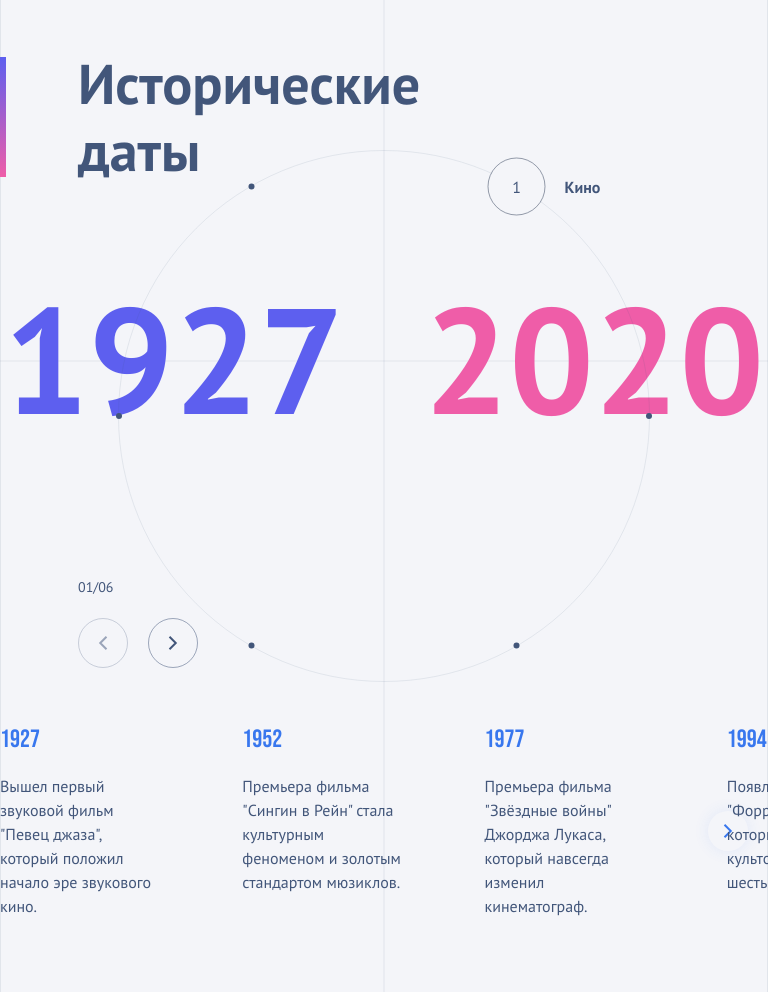
Repository: LenarTulupov/only
Page: /
An editor plug-in stored every save of this project. The page is shown before and after a run of saves, followed by the edit.
The browser window is 768 px wide. The pictures show the whole page.
The project was rebuilt for these pictures with package versions that can differ from the ones it lists, and the page was loaded fresh each time.

Above is the page before, as saved 2024-12-18 15:20:18.

### public/index.html
<!DOCTYPE html>
<html lang="en">
  <head>
    <meta charset="utf-8" />
    <link rel="icon" href="%PUBLIC_URL%/favicon.ico" />
    <meta name="viewport" content="width=device-width, initial-scale=1" />
    <meta name="theme-color" content="#000000" />
    <meta
      name="description"
      content="Web site created using create-react-app"
    />
    <link rel="apple-touch-icon" href="%PUBLIC_URL%/logo192.png" />
    <link rel="manifest" href="%PUBLIC_URL%/manifest.json" />
    <title>Only Test</title>
  </head>
  <body>
    <noscript>You need to enable JavaScript to run this app.</noscript>
    <div id="root"></div>
  </body>
</html>

### src/index.tsx
import React from 'react';
import ReactDOM from 'react-dom/client';
import Router from './router/router';
import './globals.scss'

const root = ReactDOM.createRoot(
  document.getElementById('root') as HTMLElement
);
root.render(
  <React.StrictMode>
    <Router />
  </React.StrictMode>
);

### src/router/router.tsx
import { BrowserRouter, Route, Routes } from "react-router-dom";
import HomePage from "../pages/home/page";
import PagesLayout from "../layouts/pages-layout";

export default function Router() {
  return (
    <BrowserRouter>
      <Routes>
        <Route element={<PagesLayout />}>
          <Route path="/" element={<HomePage />} />
        </Route>
      </Routes>
    </BrowserRouter>
  )
};

### src/globals.scss
@import url('https://fonts.googleapis.com/css2?family=Bebas+Neue&family=PT+Sans:wght@400;700&display=swap');

:root {
  --background-color: #F4F5F9;
  --main-color: #42567a;
  --main-color-rgba: rgba(66, 86, 122, 0.5);
  --accent-color: #5D5FEF;
  --light-accent-color: #3877EE;
  --accent-second: #EF5DA8;
  --font-main: "PT Sans", serif;
  --font-second: "Bebas Neue", serif;
  --line-height: 150%;
  --font-size-main: 56px;
  --font-size-small: 14px;
  --font-size-big: 200px;
}
body {
  margin: 0;
  padding: 0;
  background-color: var(--background-color);
  color: var(--black-color);
  font-family: var(--font-main);
  line-height: var(--line-height);
}
ul {
  padding: 0;
  margin: 0;
}

li {
  list-style-type: none;
}

a {
  color: var(--black-color);
  text-decoration: none;
}

h1 {
  margin: 0;
}

### src/pages/home/page.tsx
import Container from "../../components/ui/container/container";
import Divider from "../../components/ui/divider/divider";
import HistorySection from "./history/history";
import styles from './page.module.scss';

export default function HomePage() {
  return (
    <div className={styles['home-page']}>
      <Container>
        <div className={styles['home-page__wrapper']}>
          <Divider
            position="vertical"
            className={styles.divider_vertical}
          />
          <HistorySection />
        </div>
      </Container>
    </div>
  )
};

### src/layouts/pages-layout.tsx
import { Outlet } from 'react-router-dom';
import styles from './pages-layout.module.scss';

export default function PagesLayout() {
  return (
    <div className={styles['pages-layout']}>
      <Outlet />
    </div>
  )
};

### src/components/ui/container/container.tsx
import { ReactNode } from "react"
import styles from './container.module.scss';

interface IContainer {
  children: ReactNode;
}

export default function Container({ children }: IContainer) {
  return (
    <div className={styles.container}>
      {children}
    </div>
  )
};

### src/components/ui/divider/divider.tsx
import styles from './divider.module.scss';

interface IDivider {
  position?: 'horizontal' | 'vertical';
  className?: string;
}

export default function Divider({
  position = 'horizontal', className }: IDivider) {
  return <div className={`
    ${styles.divider}
    ${styles[`divider_${position}`]}
    ${className || ''}
  `}/>
};

### src/pages/home/history/history.tsx
import { useState } from 'react';
import Divider from '../../../components/ui/divider/divider';
import Title from '../../../components/ui/title/title';
import Circle from './circle/circle';
import Dates from './dates/dates';
import HistorySlider from './history-slider/history-slider';
import styles from './history.module.scss';
import StepNavigation from './step-navigation/step-navigation';
import { circleItems } from '../../../constants/circle-items';

export default function HistorySection() {
  const [activeButton, setActiveButton] = useState<number>(1);
  const activeCategory = circleItems.find((item) => item.id === activeButton);
  const firstDate = activeCategory?.events[0]?.year;
  const lastDate = activeCategory?.events.at(-1)?.year;

  return (
    <section className={styles.history}>
      <div className={styles.history__content}>
        <div className={styles['history__content-col-1']}>
          <Title className={styles.history__title} showBefore>
            Исторические даты
          </Title>
            <Circle
              className={styles.circle}
              activeButton={activeButton}
              setActiveButton={setActiveButton}
            />
        </div>
        <StepNavigation
          className={styles['step-navigation']}
          activeButton={activeButton}
          setActiveButton={setActiveButton}
        />
        <Divider
          position="horizontal"
          className={styles.divider_horizontal}
        />
        <Dates
          className={styles.dates}
          firstDate={firstDate}
          lastDate={lastDate}
        />
      </div>
      <HistorySlider
        activeCategory={activeCategory}
        className={styles['history-slider']}
      />
    </section>
  )
};

### src/pages/home/page.module.scss
.home-page {
  &__wrapper {
    position: relative;
    min-height: 100vh;
    .divider_vertical {
      position: absolute;
      top: 0;
      left: 50%;
      transform: translateX(-50%);
      z-index: -10;
    }
  }

  /* Линия слева */
  &__wrapper::before {
    content: "";
    position: absolute;
    top: 0;
    bottom: 0;
    left: 0;
    width: 1px;
    background-color: var(--main-color);
    opacity: 0.1;
  }

  /* Линия справа */
  &__wrapper::after {
    content: "";
    position: absolute;
    top: 0;
    bottom: 0;
    right: 0;
    width: 1px;
    background-color: var(--main-color);
    opacity: 0.1;
  }
  /* Линий по центру горизонтальная */

  /* Линий по центру вертикальная */
}

### src/components/ui/container/container.module.scss
.container {
  max-width: 1440px;
  margin: 0 auto;
}

### src/components/ui/divider/divider.module.scss
.divider {
  background-color: var(--main-color);
  opacity: 0.1;
  &_horizontal {
    width: 100%;
    height: 1px;
  }
  &_vertical {
    width: 1px;
    height: 100%;
  }
}

### src/components/ui/title/title.tsx
import { ReactNode } from 'react';
import styles from './title.module.scss';

interface ITitle {
  children: ReactNode;
  className?: string;
  color?: 'main' | 'blue' | 'light-blue' | 'pink';
  size?: 'main' | 'small'| 'big';
  showBefore?: boolean;
}

export default function Title({
  children,
  className,
  color = 'main',
  size = 'main',
  showBefore = false }: ITitle) {
  return (
    <h1
      className={`
        ${styles.title}
        ${className || ''}
        ${styles[`title__color-${color}`]}
        ${styles[`title__size-${size}`]}
        ${showBefore ? styles['title_before'] : ''}
      `}>
      {children}
    </h1>
  )
};

### src/pages/home/history/circle/circle.tsx
import { useEffect, useRef, Dispatch, SetStateAction } from 'react';
import { gsap } from 'gsap';
import { circleItems } from '../../../../constants/circle-items';
import styles from './circle.module.scss';
import Dates from '../dates/dates';

interface ICircle {
  className?: string;
  activeButton: number;
  setActiveButton: Dispatch<SetStateAction<number>>;
}

export default function Circle({
  className,
  activeButton,
  setActiveButton }: ICircle) {
  const circleRef = useRef<HTMLDivElement>(null);
  const buttonsRef = useRef<HTMLDivElement[]>([]);

  const handleActiveButton = (btnId: number) => {
    setActiveButton(btnId);
  };

  useEffect(() => {
    const rotationAngle = (1 - activeButton) * 60;
    gsap.to(circleRef.current, {
      rotate: rotationAngle,
      duration: 0.5,
      ease: 'power2.out',
    });

    buttonsRef.current.forEach((btn) => {
      let buttonRotation = 0;

      switch (activeButton) {
        case 2:
          buttonRotation = 60;
          break;
        case 3:
          buttonRotation = 120;
          break;
        case 4:
          buttonRotation = 180;
          break;
        case 5:
          buttonRotation = 240;
          break;
        case 6:
          buttonRotation = 300;
          break;
        default:
          buttonRotation = 0;
          break;
      }

      gsap.to(btn, {
        rotate: buttonRotation,
        duration: 0.5,
        ease: 'power2.out',
      });
    });
  }, [activeButton]);

  return (
    <div ref={circleRef} className={`${styles.circle} ${className || ''}`}>
      {circleItems.map((item, index) => {
        const btnId = index + 1;
        return (
          <div
            key={btnId}
            ref={(el) => (buttonsRef.current[index] = el!)}
            className={`
                ${styles[`circle__btn-${btnId}`]}
                ${styles.circle__btn}
                ${activeButton === btnId ? styles.active : ''}
              `}
            onClick={() => handleActiveButton(btnId)}
          >
            {btnId}
            <span
              className={`
                  ${styles['sub-title']}
                  ${activeButton === btnId ? styles.active : ''}
                `}
            >
              {item.category}
            </span>
          </div>
        );
      })}
    </div>
  );
}

### src/pages/home/history/dates/dates.tsx
import { useEffect, useState } from 'react';
import Title from '../../../../components/ui/title/title';
import styles from './dates.module.scss';

interface IDates {
  className?: string;
  firstDate: string;
  lastDate: string;
}

export default function Dates({ className, firstDate, lastDate }: IDates) {
  const [currentFirstDate, setCurrentFirstDate] = useState(Number(firstDate));
  const [currentLastDate, setCurrentLastDate] = useState(Number(lastDate));

  useEffect(() => {
    const animateNumber = (
      from: number,
      to: number,
      setNumber: React.Dispatch<React.SetStateAction<number>>
    ) => {
      const stepTime = 20;
      const steps = 50;
      const delta = (to - from) / steps;

      let currentStep = 0;
      const interval = setInterval(() => {
        currentStep += 1;
        const nextValue = from + delta * currentStep;
        setNumber(Math.round(nextValue));

        if (currentStep >= steps) {
          clearInterval(interval);
          setNumber(to);
        }
      }, stepTime);
    };

    animateNumber(Number(currentFirstDate), Number(firstDate), setCurrentFirstDate);
    animateNumber(Number(currentLastDate), Number(lastDate), setCurrentLastDate);
  }, [firstDate, lastDate]);
  return (
    <div className={`${styles.dates} ${className || ''}`}>
      <Title className={className} color='blue' size='big'>{currentFirstDate}</Title>
      <Title className={className} color='pink' size='big'>{currentLastDate}</Title>
    </div>
  )
};

### src/pages/home/history/history-slider/history-slider.tsx
import { useEffect, useRef, useState } from "react";
import { Swiper, SwiperClass, SwiperSlide } from "swiper/react";
import { Navigation } from "swiper/modules";
import "swiper/css";
import "swiper/css/navigation";
import SliderContent from "./slider-content/slider-content";
import { IHistorySlider } from "../../../../types/history-slider.interface";
import ContentContainer from "../../../../components/ui/content-container/content-container";
import ArrowButton from "../../../../components/ui/arrow-button/arrow-button";
import styles from "./history-slider.module.scss";

export default function HistorySlider({ className, activeCategory }: IHistorySlider) {
  const [prevCategory, setPrevCategory] = useState(activeCategory);
  const [isBeginning, setIsBeginning] = useState(true);
  const [isEnd, setIsEnd] = useState(false);
  const containerRef = useRef<HTMLDivElement | null>(null);
  const prevRef = useRef<HTMLDivElement | null>(null);
  const nextRef = useRef<HTMLDivElement | null>(null);
  const swiperRef = useRef<SwiperClass | null>(null);

  useEffect(() => {
    if (prevCategory?.id !== activeCategory?.id) {
      if (containerRef.current) {
        containerRef.current.classList.add(styles["fade-out"]);

        setTimeout(() => {
          if (containerRef.current) {
            containerRef.current.classList.remove(styles["fade-out"]);
            setPrevCategory(activeCategory);
            containerRef.current.classList.add(styles["fade-in"]);

            setTimeout(() => {
              if (containerRef.current) {
                containerRef.current.classList.remove(styles["fade-in"]);
              }
            }, 500);
          }
        }, 500);
      }
    }
  }, [activeCategory, prevCategory]);

  useEffect(() => {
    if (swiperRef.current) {
      const { navigation } = swiperRef.current.params;

      if (navigation && typeof navigation !== 'boolean') {
        navigation.prevEl = prevRef.current;
        navigation.nextEl = nextRef.current;

        swiperRef.current.navigation.destroy();
        swiperRef.current.navigation.init();
        swiperRef.current.navigation.update();
      }

      setIsBeginning(swiperRef.current.isBeginning);
      setIsEnd(swiperRef.current.isEnd);

      swiperRef.current.on("slideChange", () => {
        setIsBeginning(swiperRef.current.isBeginning);
        setIsEnd(swiperRef.current.isEnd);
      });

      return () => {
        swiperRef.current?.off("slideChange");
      };
    }
  }, [activeCategory]);

  useEffect(() => {
    if (swiperRef.current) {
      swiperRef.current.slideTo(0, 0);
    }
  }, [activeCategory]);

  return (
    <div
      ref={containerRef}
      className={`${className || ""} ${styles["history-slider"]}`}
    >
      <ContentContainer>
        <Swiper
          spaceBetween={80}
          slidesPerView={3.5}
          modules={[Navigation]}
          onSwiper={(swiper) => {
            swiperRef.current = swiper;
          }}
        >
          {activeCategory?.events.map((event) => (
            <SwiperSlide key={event.id}>
              <SliderContent year={event.year} text={event.title} />
            </SwiperSlide>
          ))}
        </Swiper>

        {!isBeginning && (
          <div ref={prevRef} className={styles.prev}>
            <ArrowButton
              onClick={() => swiperRef.current?.slidePrev()}
              slider
              disabled={isBeginning}
            />
          </div>
        )}
        {!isEnd && (
          <div ref={nextRef} className={styles.next}>
            <ArrowButton
              rotation="right"
              onClick={() => swiperRef.current?.slideNext()}
              slider
              disabled={isEnd}
            />
          </div>
        )}
      </ContentContainer>
    </div>
  );
}

### src/pages/home/history/history.module.scss
.history {
  padding: 50px 0;
  &__title {
    line-height: 1.2;
    width: 353px;
    padding-left: 78px;
    height: fit-content;
  }
  &__content {
    position: relative;
    width: 100%;

    display: flex;
    flex-direction: column;
    height: 615px;
    &-col-1 {
      display: grid;
      grid-template-columns: auto 1fr auto;
    }
  }
}
.circle {
  position: absolute;
  top: 0;
  left: 50%;
  transform: translate(-50%);
  margin-top: 45px;
}
.divider_horizontal {
  position: absolute;
  top: calc(50% + 3px);
  left: 0;
  transform: translateY(-50%);
  z-index: -10;
}
.step-navigation {
  margin-top: 393px;
  padding-left: 78px;
}
@media(max-width: 1200px) {
  .circle {
    margin-top: 100px;
  }
  .dates {
    font-size: 150px;
  }
}
@media(max-width: 900px) {
  .cirlce {
    margin-top: 200px !important;
  }
}

### src/pages/home/history/step-navigation/step-navigation.tsx
import { Dispatch, SetStateAction } from "react";
import NavigationButtons from "./navigation-buttons/navigation-buttons";
import SliderStep from "./slider-step/slider-step";
import styles from './step-navigation.module.scss';

interface IStepNavigation {
  className?: string;
  activeButton: number;
  setActiveButton: Dispatch<SetStateAction<number>>;
}

export default function StepNavigation({
  className,
  activeButton,
  setActiveButton }: IStepNavigation) {

    const handleNext = () => {
      setActiveButton((p) => (p < 6 ? p + 1 : 1));
    };

    const handlePrev = () => {
      setActiveButton((p) => (p > 1 ? p - 1 : 6));
    };

    return (
      <div className={`${styles['step-navigation']} ${className || ''}`}>
        <SliderStep activeButton={activeButton} />
        <NavigationButtons
          handleNext={handleNext}
          handlePrev={handlePrev}
          isBeginning={activeButton === 1}
          isEnd={activeButton === 6}
        />
      </div>
    );
};

### src/components/ui/title/title.module.scss
.title {
  line-height: 150%;
  position: relative;
  &::before {
    content: "";
    position: absolute;
    top: 50%;
    transform: translateY(-50%);
    left: 0;
    height: 120px;
    width: 6px;
    background: linear-gradient(to bottom, var(--accent-color) 0%, var(--accent-second) 100%);
    visibility: hidden;
  }
  &.title_before::before {
    visibility: visible; // Показываем псевдоэлемент
  }
  &__color-main {
    color: var(--main-color);
  }

  &__color-blue {
    color: var(--accent-color);
  }
  &__color-light-blue {
    color: var(--light-accent-color);
  }

  &__color-pink {
    color: var(--accent-second);
  }

  &__size-main {
    font-size: var(--font-size-main);
  }
  &__size-small {
    font-size: var(--font-size-small);
  }

  &__size-big {
    font-size: var(--font-size-big);
  }
}

### src/pages/home/history/circle/circle.module.scss
.circle {
  position: relative;
  width: 530px;
  height: 530px;
  border: 1px solid rgba(66, 86, 122, 0.1);
  border-radius: 100%;
  display: flex;
  justify-content: center;
  align-items: center;
  transform-origin: center;
}

.circle__btn {
  position: absolute;
  display: flex;
  align-items: center;
  justify-content: center;
  width: 6px;
  height: 6px;
  border: none;
  background-color: var(--main-color);
  border-radius: 100%;
  color: var(--main-color);
  line-height: 30px;
  font-size: 0;
  cursor: pointer;
  transition: width .3s ease-in-out, height .3s ease-in-out, font-size .3s ease-in-out;

  &::before {
    content: "";
    position: absolute;
    top: 50%;
    left: 50%;
    transform: translate(-50%, -50%);
    width: 25px;
    height: 25px;
    border-radius: 100%;
    background: transparent;
  }

  .sub-title {
    position: absolute;
    top: 50%;
    left: 0;
    transform: translateY(-50%);
    margin-left: 76px;
    font-weight: bold;
    opacity: 0;
    transition: opacity 0.3s ease-in-out;
  }

  .sub-title.active {
    opacity: 1;
  }

  &:hover,
  &.active {
    width: 56px;
    height: 56px;
    font-size: 16px;
    background-color: #F4F5F9;
    outline: 1px solid rgba(48, 62, 88, 0.5);
  }

  &-1 {
    transform: rotate(300deg) translateX(265px) rotate(60deg);
  }

  &-2 {
    transform: rotate(0deg) translateX(265px) rotate(0deg);
  }

  &-3 {
    transform: rotate(60deg) translateX(265px) rotate(-60deg);
  }

  &-4 {
    transform: rotate(120deg) translateX(265px) rotate(-120deg);
  }

  &-5 {
    transform: rotate(180deg) translateX(265px) rotate(-180deg);
  }

  &-6 {
    transform: rotate(240deg) translateX(265px) rotate(-240deg);
  }
}

### src/pages/home/history/dates/dates.module.scss
.dates {
  position: absolute;
  top: 50%;
  left: 50%;
  transform: translate(-50%, -50%);
  display: flex;
  gap: 80px;
  z-index: -1;
}

### src/pages/home/history/history-slider/slider-content/slider-content.tsx
import Text from "../../../../../components/ui/text/text";
import Title from "../../../../../components/ui/title/title";
import styles from './slider-content.module.scss';

interface ISliderContent {
  year: string;
  text: string;
}

export default function SliderContent({ year, text }: ISliderContent) {
  return (
    <div className={styles['slider-content']}>
      <Title
        size="small"
        color="light-blue"
        className={styles['slider-content__title']}
      >
        {year}
      </Title>
      <Text text={text} />
    </div>
  )
};

### src/components/ui/content-container/content-container.tsx
import { ReactNode } from 'react';
import styles from './content-container.module.scss';

interface IContentContainer {
  children: ReactNode;
}

export default function ContentContainer({ children }: IContentContainer) {
  return (
    <div className={styles['content-container']}>
      {children}
    </div>
  )
};

### src/components/ui/arrow-button/arrow-button.tsx
import styles from './arrow-button.module.scss';

interface IArrowButton {
  rotation?: 'left' | 'right'
  onClick?: () => void;
  slider?: boolean;
  disabled?: boolean;
  className?: string;
}

export default function ArrowButton({
  rotation,
  onClick,
  slider = false,
  disabled = false,
  className}: IArrowButton) {
  return (
    <button
      className={`
        ${styles['arrow-button']}
        ${styles[rotation]}
        ${slider ? styles['arrow-button_slider'] : ''}
        ${className || ''}
        ${disabled ? styles.disabled : ''}
      `}
      onClick={onClick}
      disabled={disabled}
    >
      <svg width="10" height="14" viewBox="0 0 10 14" fill="none" xmlns="http://www.w3.org/2000/svg">
        <path d="M8.49988 0.750001L2.24988 7L8.49988 13.25" stroke="#42567A" stroke-width="2" />
      </svg>
    </button>
  )
};

### src/pages/home/history/history-slider/history-slider.module.scss
.history-slider {
  position: relative;
  margin-top: 56px;
}
.next {
  position: absolute;
  top: 50%;
  transform: translateY(-50%);
  right: 20px;
}
.prev {
  position: absolute;
  top: 50%;
  transform: translateY(-50%);
  left: 20px;
}

.fade-out {
  opacity: 0;
  transition: opacity 0.5s ease;
}
.fade-in {
  opacity: 1;
  transition: opacity 0.5s ease;
}

### src/pages/home/history/step-navigation/navigation-buttons/navigation-buttons.tsx
import ArrowButton from '../../../../../components/ui/arrow-button/arrow-button';
import styles from './navigation-buttons.module.scss';

interface INavigationButtons {
  handleNext: () => void;
  handlePrev: () => void;
  isBeginning: boolean;
  isEnd: boolean;
}

export default function NavigationButtons({
  handleNext,
  handlePrev,
  isBeginning,
  isEnd }: INavigationButtons) {
  return (
    <div className={styles['navigation-buttons']}>
      <ArrowButton
        onClick={handlePrev}
        disabled={isBeginning}
      />
      <ArrowButton
        rotation='right'
        onClick={handleNext}
        disabled={isEnd}
      />
    </div>
  );
};

### src/pages/home/history/step-navigation/slider-step/slider-step.tsx
import Title from "../../../../../components/ui/title/title";
import styles from './slider-step.module.scss';

interface ISliderStep {
  activeButton: number;
}

export default function SliderStep({ activeButton }: ISliderStep) {
  return <Title size="small" className={styles.font}>0{activeButton}/06</Title>
};

### src/pages/home/history/step-navigation/step-navigation.module.scss
.step-navigation {
  display: flex;
  flex-direction: column;
  row-gap: 20px;
}

### src/components/ui/text/text.tsx
import styles from './text.module.scss';

interface IText {
  text: string;
}

export default function Text({ text }: IText) {
  return (
    <div className={styles.text}>
        { text }
    </div>
  )
};

### src/pages/home/history/history-slider/slider-content/slider-content.module.scss
.slider-content {
  display: flex;
  flex-direction: column;
  row-gap: 15px;
  cursor: grabbing;
  &__title {
    font-family: var(--font-second);
    font-weight: 400;
    font-size: 25px;
  }
}

### src/components/ui/content-container/content-container.module.scss
.content-container {
  max-width: calc(1440px - 160px);
  margin: 0 auto;
}

### src/components/ui/arrow-button/arrow-button.module.scss
.arrow-button {
  width: 50px;
  height: 50px;
  display: flex;
  align-items: center;
  justify-content: center;
  border: 1px solid var(--main-color-rgba);
  background-color: transparent;
  border-radius: 100%;
  cursor: pointer;
}
.arrow-button_slider {
  width: 40px;
  height: 40px;
  border: none;
  box-shadow: 0 0 15px 0 rgba(56, 119, 238, 0.1);
  svg path {
    stroke: var(--light-accent-color);
  }
}
.left {
  transform: rotate(0deg);
}
.right {
  transform: rotate(180deg);
}
.disabled {
  opacity: .5;
  cursor: auto;
}

### src/pages/home/history/step-navigation/navigation-buttons/navigation-buttons.module.scss
.navigation-buttons {
  display: flex;
  column-gap: 20px;
}
.disabled {
  opacity: .5;
  cursor: auto;
}

### src/pages/home/history/step-navigation/slider-step/slider-step.module.scss
.font {
  font-weight: 400;
}

### src/components/ui/text/text.module.scss
.text {
  color: var(--main-color);
}

Loaded but not shown: src/constants/circle-items.ts (122 lines, source omitted); src/layouts/pages-layout.module.scss (no stored copy; drawn as an empty file)

After the next 2 saves:
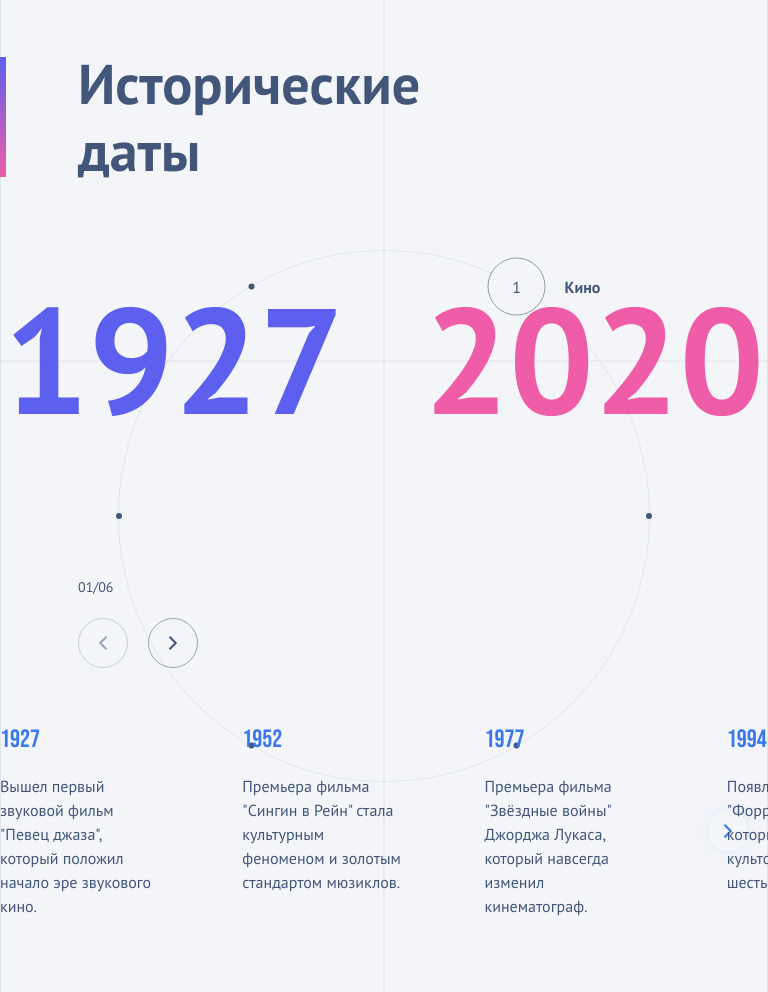
The 2 saves are shown as one change because they came seconds apart.
The last was saved 75 s later.
--- a/src/pages/home/history/history.module.scss
+++ b/src/pages/home/history/history.module.scss
@@ -46,7 +46,7 @@
   }
 }
 @media(max-width: 900px) {
-  .cirlce {
-    margin-top: 200px !important;
+  .circle {
+    margin-top: 200px;
   }
 }
